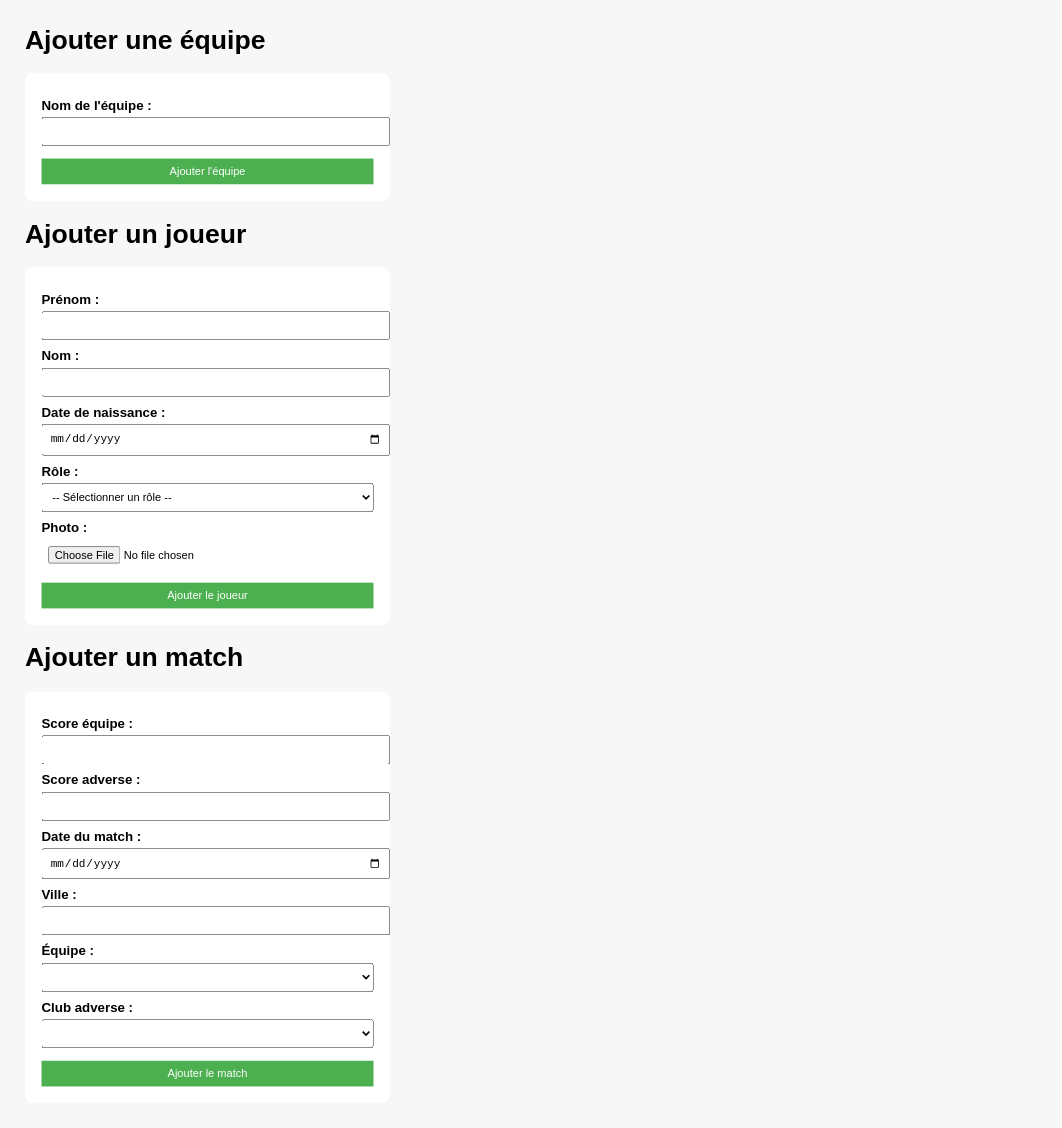
Repository: Valentin-Godard/Foot-2-Club
Page: http://localhost/public/index.php
The author's editor kept a copy of each file at every save. The page is drawn from the files as they stood at one save, then again after the next save.
The browser window is 1280 px wide. The pictures show the whole page, at 83% of full size.
The page is run by PHP 8.4 with error messages shown; the project is at /var/www/html/. The database holds what the project's SQL file puts in it. Queries for data that is not in the repository find no rows.

Above is the page before, as saved 2025-10-10 16:40:47.

### public/index.php
<?php
require_once __DIR__ . '/../src/autoload.php';
require_once __DIR__ . '/../includes/database.php';

use App\Model\Joueur;
use App\Model\MatchFoot;
use App\Model\Equipe;
use App\Enum\Role;
use App\Database\JoueurDatabase;
use App\Database\MatchDatabase;
use App\Database\EquipeDatabase;

// Instanciation des Database
$joueurDb = new JoueurDatabase($pdo);
$matchDb = new MatchDatabase($pdo);
$equipeDb = new EquipeDatabase($pdo);

// Récupération des équipes pour listes déroulantes
$equipes = $equipeDb->findAll();

$message = "";

// ---------------------- AJOUT D'ÉQUIPE ----------------------
if ($_SERVER["REQUEST_METHOD"] === "POST" && ($_POST['form_type'] ?? '') === 'equipe') {
    $nomEquipe = trim($_POST["nom_equipe"]);
    if ($nomEquipe !== "") {
        $equipe = new Equipe(null, $nomEquipe);
        $equipeDb->insert($equipe);
        $message = "✅ Équipe ajoutée avec succès !";
        $equipes = $equipeDb->findAll(); // rafraîchir la liste
    } else {
        $message = "❌ Nom d'équipe vide.";
    }
}

// ---------------------- AJOUT DE JOUEUR ----------------------
if ($_SERVER["REQUEST_METHOD"] === "POST" && ($_POST['form_type'] ?? '') === 'joueur') {
    $prenom = trim($_POST["prenom"]);
    $nom = trim($_POST["nom"]);
    $dateNaissance = new DateTime($_POST["date_naissance"]);
    $roleValue = $_POST["role"] ?? null;

    // Validation du rôle
    $role = null;
    try {
        $role = Role::from($roleValue);
    } catch (ValueError $e) {
        $message = "❌ Rôle invalide.";
    }

    // Gestion de la photo
    $photoName = "";
    if (!empty($_FILES["photo"]["name"])) {
        $uploadDir = __DIR__ . "/public/uploads/";
        if (!is_dir($uploadDir)) mkdir($uploadDir, 0777, true);
        $photoName = basename($_FILES["photo"]["name"]);
        $targetPath = $uploadDir . $photoName;
        if (!move_uploaded_file($_FILES["photo"]["tmp_name"], $targetPath)) {
            $message = "❌ Erreur lors de l’upload de la photo.";
        }
    }

    // Insertion dans la base si tout est valide
    if (empty($message) && $role !== null) {
        $joueur = new Joueur(null, $prenom, $nom, $dateNaissance, $photoName);
        $joueurDb->insert($joueur);
        $message = "✅ Joueur ajouté avec succès !";
    }
}

// ---------------------- AJOUT DE MATCH ----------------------
if ($_SERVER["REQUEST_METHOD"] === "POST" && ($_POST['form_type'] ?? '') === 'match') {
    $scoreEquipe = $_POST["score_equipe"];
    $scoreAdverse = $_POST["score_adverse"];
    $dateMatch = new DateTime($_POST["date_match"]);
    $ville = trim($_POST["ville"]);
    $equipeId = (int)$_POST["equipe_id"];
    $adversaireId = (int)$_POST["club_adverse_id"];

    $match = new MatchFoot(null, $scoreEquipe, $scoreAdverse, $dateMatch, $ville, $equipeId, $adversaireId);
    $matchDb->insert($match);

    $message = "✅ Match ajouté avec succès !";
}
?>

<!DOCTYPE html>
<html lang="fr">
<head>
    <meta charset="UTF-8">
    <title>Gestion FootDeClub</title>
    <style>
        body { font-family: Arial; margin: 30px; background-color: #f7f7f7; }
        form { background: white; padding: 20px; border-radius: 10px; width: 400px; margin-bottom: 20px; }
        label { font-weight: bold; display: block; margin-top: 10px; }
        input, select, button { width: 100%; padding: 8px; margin-top: 5px; }
        button { background-color: #4CAF50; color: white; border: none; cursor: pointer; margin-top: 15px; }
        button:hover { background-color: #45a049; }
        .message { margin-top: 15px; font-weight: bold; }
    </style>
</head>
<body>

<h1>Ajouter une équipe</h1>
<form method="POST">
    <input type="hidden" name="form_type" value="equipe">
    <label>Nom de l'équipe :</label>
    <input type="text" name="nom_equipe" required>
    <button type="submit">Ajouter l'équipe</button>
</form>

<h1>Ajouter un joueur</h1>
<form method="POST" enctype="multipart/form-data">
    <input type="hidden" name="form_type" value="joueur">
    <label>Prénom :</label>
    <input type="text" name="prenom" required>
    <label>Nom :</label>
    <input type="text" name="nom" required>
    <label>Date de naissance :</label>
    <input type="date" name="date_naissance" required>
    <label>Rôle :</label>
    <select name="role" required>
        <option value="">-- Sélectionner un rôle --</option>
        <?php foreach (Role::cases() as $case): ?>
            <option value="<?= $case->value ?>"><?= $case->value ?></option>
        <?php endforeach; ?>
    </select>
    <label>Photo :</label>
    <input type="file" name="photo" accept="image/*" required>
    <button type="submit">Ajouter le joueur</button>
</form>

<h1>Ajouter un match</h1>
<form method="POST">
    <input type="hidden" name="form_type" value="match">
    <label>Score équipe :</label>
    <input type="text" name="score_equipe" required>
    <label>Score adverse :</label>
    <input type="text" name="score_adverse" required>
    <label>Date du match :</label>
    <input type="date" name="date_match" required>
    <label>Ville :</label>
    <input type="text" name="ville" required>
    <label>Équipe :</label>
    <select name="equipe_id" required>
        <?php foreach ($equipes as $equipe): ?>
            <option value="<?= $equipe->getId() ?>"><?= htmlspecialchars($equipe->getNom()) ?></option>
        <?php endforeach; ?>
    </select>
    <label>Club adverse :</label>
    <select name="club_adverse_id" required>
        <?php foreach ($equipes as $equipe): ?>
            <option value="<?= $equipe->getId() ?>"><?= htmlspecialchars($equipe->getNom()) ?></option>
        <?php endforeach; ?>
    </select>
    <button type="submit">Ajouter le match</button>
</form>

<?php if (!empty($message)): ?>
    <p class="message"><?= htmlspecialchars($message) ?></p>
<?php endif; ?>

</body>
</html>

### src/autoload.php
<?php
spl_autoload_register(function($class) {
    $prefix = 'App\\';
    $base_dir = __DIR__ . '/';
    $len = strlen($prefix);

    if (strncmp($prefix, $class, $len) !== 0) {
        return;
    }

    $relative_class = substr($class, $len);
    $file = $base_dir . str_replace('\\', '/', $relative_class) . '.php';

    if (file_exists($file)) {
        require $file;
    }
});

### includes/database.php
<?php
$host = '127.0.0.1';
$db   = 'footclub';
$user = 'root';
$pass = '';
$charset = 'utf8mb4';

$dsn = "mysql:host=$host;dbname=$db;charset=$charset";
$options = [
    PDO::ATTR_ERRMODE => PDO::ERRMODE_EXCEPTION,
    PDO::ATTR_DEFAULT_FETCH_MODE => PDO::FETCH_ASSOC,
];

try {
    $pdo = new PDO($dsn, $user, $pass, $options);
} catch (\PDOException $e) {
    die("Erreur de connexion à la base : " . $e->getMessage());
}

### src/Database/JoueurDatabase.php
<?php
namespace App\Database;

use App\Model\Joueur;
use PDO;
use DateTime;

class JoueurDatabase {
    private PDO $pdo;

    public function __construct(PDO $pdo) {
        $this->pdo = $pdo;
    }

    /**
     * Ajoute un joueur dans la base
     */
    public function insert(Joueur $joueur): void {
        $stmt = $this->pdo->prepare("
            INSERT INTO joueur (nom, prenom, date_de_naissance, photo)
            VALUES (:nom, :prenom, :date_de_naissance, :photo)
        ");

        $stmt->execute([
            ':nom' => $joueur->getNom(),
            ':prenom' => $joueur->getPrenom(),
            ':date_de_naissance' => $joueur->getBirthdate()->format("Y-m-d"),
            ':photo' => $joueur->getImage(),
        ]);
    }

    /**
     * Met à jour un joueur existant
     */
    public function update(Joueur $joueur): void {
        $stmt = $this->pdo->prepare("
            UPDATE joueurs
            SET nom = :nom, prenom = :prenom, date_de_naissance = :date_de_naissance, photo = :photo
            WHERE id = :id
        ");

        $stmt->execute([
            ':id' => $joueur->getId(),
            ':nom' => $joueur->getNom(),
            ':prenom' => $joueur->getPrenom(),
            ':date_de_naissance' => $joueur->getBirthdate()->format("Y-m-d"),
            ':photo' => $joueur->getImage(),
        ]);
    }

    /**
     * Récupère un joueur par son ID
     */
    public function findById(int $id): ?Joueur {
        $stmt = $this->pdo->prepare("SELECT * FROM joueurs WHERE id = ?");
        $stmt->execute([$id]);
        $data = $stmt->fetch(PDO::FETCH_ASSOC);

        if ($data) {
            return new Joueur(
                $data['id'],
                $data['prenom'],
                $data['nom'],
                new DateTime($data['date_de_naissance']),
                $data['photo']
            );
        }

        return null;
    }

    /**
     * Retourne la liste de tous les joueurs
     */
    public function findAll(): array {
        $stmt = $this->pdo->query("SELECT * FROM joueurs");
        $results = [];

        while ($data = $stmt->fetch(PDO::FETCH_ASSOC)) {
            $results[] = new Joueur(
                $data['id'],
                $data['prenom'],
                $data['nom'],
                new DateTime($data['date_de_naissance']),
                $data['photo']
            );
        }

        return $results;
    }

    /**
     * Supprime un joueur
     */
    public function delete(int $id): void {
        $stmt = $this->pdo->prepare("DELETE FROM joueurs WHERE id = ?");
        $stmt->execute([$id]);
    }
}

### src/Database/MatchDatabase.php
<?php
namespace App\Database;

use App\Model\MatchFoot;
use PDO;
use DateTime;

class MatchDatabase {
    private PDO $pdo;

    public function __construct(PDO $pdo) {
        $this->pdo = $pdo;
    }

    public function insert(MatchFoot $match): void {
        $stmt = $this->pdo->prepare("
            INSERT INTO matchs (date_match, ville, score_equipe, score_adverse, equipe_id, club_adverse_id)
            VALUES (?, ?, ?, ?, ?, ?)
        ");

        $stmt->execute([
            $match->getDate()->format("Y-m-d"),
            $match->getVille(),
            $match->getEquipe1Score(),
            $match->getEquipe2Score(),
            $match->getEquipeId(),
            $match->getAdversaireId()
        ]);
    }

    public function findAll(): array {
        $stmt = $this->pdo->query("SELECT * FROM matchs"); // attention, table "matchs"

        $matchs = [];
        while ($data = $stmt->fetch(PDO::FETCH_ASSOC)) {
            $matchs[] = new MatchFoot(
                $data['id'],
                $data['score_equipe'],
                $data['score_adverse'],
                new DateTime($data['date_match']),
                $data['ville'],
                $data['equipe_id'],
                $data['club_adverse_id']
            );
        }

        return $matchs;
    }
}

### src/Database/EquipeDatabase.php
<?php
namespace App\Database;

use App\Model\Equipe;
use PDO;

class EquipeDatabase {
    private PDO $pdo;

    public function __construct(PDO $pdo) {
        $this->pdo = $pdo;
    }

    public function insert(Equipe $equipe): void {
        $stmt = $this->pdo->prepare("INSERT INTO equipes (nom) VALUES (?)");
        $stmt->execute([$equipe->getNom()]);
    }

    public function findAll(): array {
        $stmt = $this->pdo->query("SELECT * FROM equipes");
        $equipes = [];

        while ($data = $stmt->fetch(PDO::FETCH_ASSOC)) {
            $equipes[] = new Equipe($data['id'], $data['nom']);
        }

        return $equipes;
    }

    public function findById(int $id): ?Equipe {
        $stmt = $this->pdo->prepare("SELECT * FROM equipes WHERE id = ?");
        $stmt->execute([$id]);
        $data = $stmt->fetch(PDO::FETCH_ASSOC);

        return $data ? new Equipe($data['id'], $data['nom']) : null;
    }

    public function delete(int $id): void {
        $stmt = $this->pdo->prepare("DELETE FROM equipes WHERE id = ?");
        $stmt->execute([$id]);
    }
}

### src/enum/role.php
<?php
namespace App\Enum;

enum Role: string {
    case ATTAQUANT = 'Attaquant';
    case DEFENSEUR = 'Défenseur';
    case MILIEU = 'Milieu';
    case GARDIEN = 'Gardien';
}

### src/Model/Equipe.php
<?php
namespace App\Model;

use App\Model\Joueur;
use App\Model\MatchFoot;

class Equipe {
    private ?int $id;
    private string $nom;
    private array $joueurs = [];
    private array $matchs = [];

    public function __construct(?int $id, string $nom) {
        $this->id = $id;
        $this->nom = $nom;
    }

    public function getId(): ?int {
        return $this->id;
    }

    public function getNom(): string {
        return $this->nom;
    }

    public function setNom(string $nom): void {
        $this->nom = $nom;
    }

    public function ajouterJoueur(Joueur $joueur, string $role): void {
        $this->joueurs[] = [
            'joueur' => $joueur,
            'role' => $role
        ];
    }

    public function ajouterMatch(MatchFoot $match): void {
        $this->matchs[] = $match;
    }

    public function getJoueurs(): array {
        return $this->joueurs;
    }

    public function getMatchs(): array {
        return $this->matchs;
    }
}

### footclub.sql (the tables this page reads)
CREATE TABLE `equipe` (
  `id` int(11) NOT NULL,
  `nom` varchar(255) NOT NULL
) ENGINE=InnoDB DEFAULT CHARSET=utf8mb4 COLLATE=utf8mb4_general_ci;

INSERT INTO `equipe` (`id`, `nom`) VALUES
(1, 'FC Barcelone'),
(2, 'Real Madrid CF');

ALTER TABLE `equipe`
  ADD PRIMARY KEY (`id`);

ALTER TABLE `equipe`
  MODIFY `id` int(11) NOT NULL AUTO_INCREMENT, AUTO_INCREMENT=3;

After the next save:
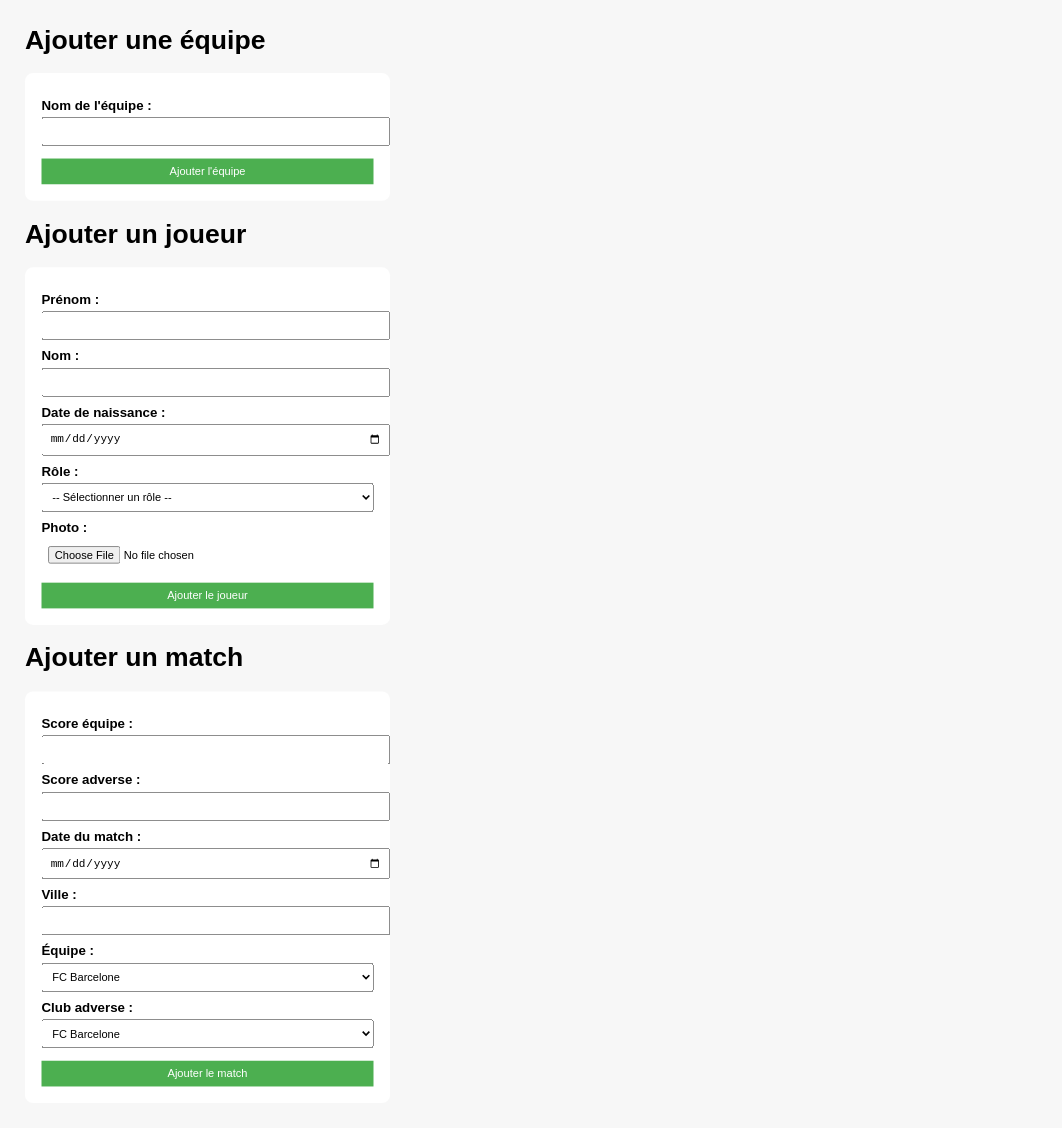
Saved 45 s later.
--- a/src/Database/EquipeDatabase.php
+++ b/src/Database/EquipeDatabase.php
@@ -17,7 +17,7 @@
     }
 
     public function findAll(): array {
-        $stmt = $this->pdo->query("SELECT * FROM equipes");
+        $stmt = $this->pdo->query("SELECT * FROM equipe");
         $equipes = [];
 
         while ($data = $stmt->fetch(PDO::FETCH_ASSOC)) {
